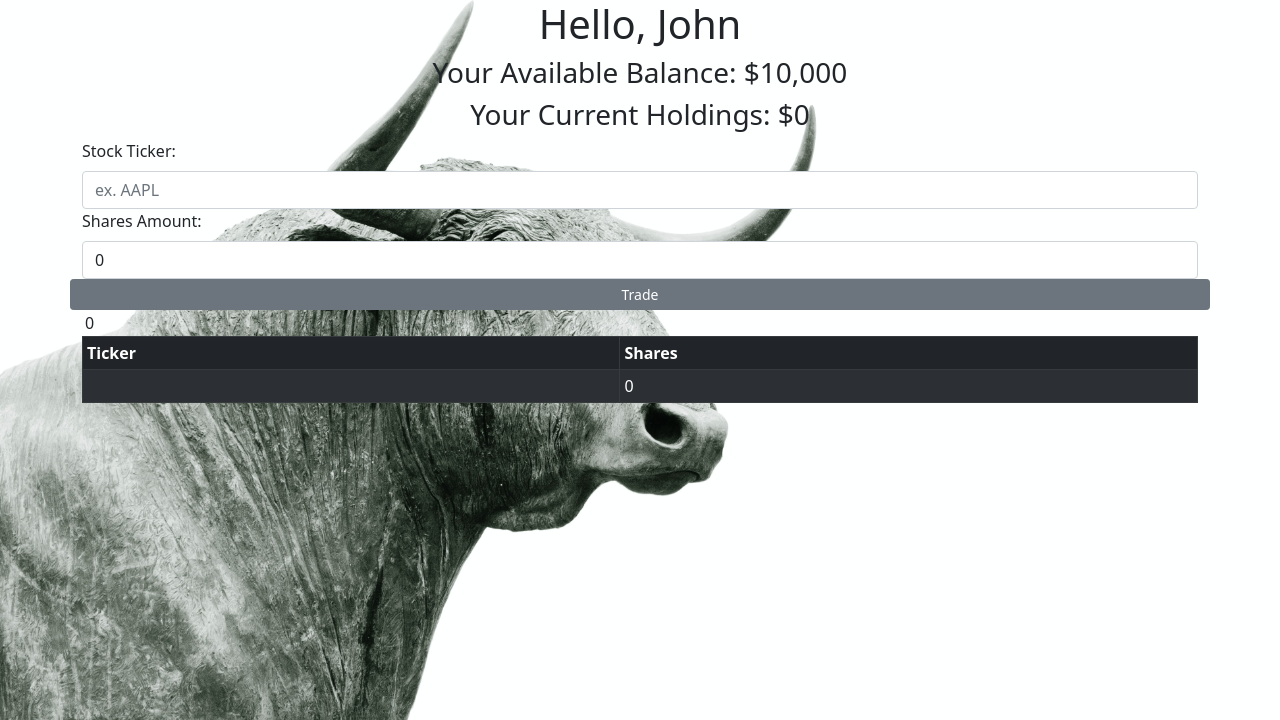
Repository: jmokate/stock-trading-app
Page: /, after clicking the first element matching `button.btn`
An editor plug-in stored every save of this project. The page is shown before and after a run of saves, followed by the edit.
The browser window is 1280 px wide. The pictures show the whole page.
The project was rebuilt for these pictures with package versions that can differ from the ones it lists, and the page was loaded fresh each time. Also part of the build but not shown: src/Signup.js, src/Login.js, src/SplashPage.js.

Above is the page before, as saved 2021-09-18 20:47:37.

### src/App.js
import './App.css';
import SplashPage from './SplashPage.js';
import Dashboard from './Dashboard.js'

function App() {
  return (
    <div>
      <Dashboard />
      {/* <SplashPage /> */}
    </div>
  );
}

export default App;

### src/App.css
body {
	background: url("./images/bull.jpg");
	background-position: center center;
	background-repeat: no-repeat;
	background-attachment: fixed;
	background-size: cover;
}

/* .landing-text {
	text-align: center;
	margin-left: 500px;
} */

/* .img-size {
	max-width: 100%;
	max-height: 100%;
} */
/* figcaption {
	position: absolute;
	bottom: 10rem;
	margin: 0 2rem;
} */
.welcome-div {
	padding-top: 20rem;
}

### src/Dashboard.js
import React, {useState} from "react";
import './App.css';
import 'bootstrap/dist/css/bootstrap.min.css';
import {Container, Row, Button, Form, Table} from "react-bootstrap";

function Dashboard() {

  const [userInput, setUserInput] = useState({ticker: "", amount: 0})
  const [buy, setBuy] = useState([])

  const handleUserInput = (event) => {
    const {name, value} = event.target;
    setUserInput(prevInputData => ({...prevInputData, [name]: value}))
  }
  const buyStock = (event) => {
    event.preventDefault();
    setBuy(prevBuy => [...prevBuy, userInput])}

    const stocks = buy.map(stock => <tr>
      <td>{stock.ticker}</td>
      <td>{stock.amount}</td>
    </tr>  )

  //click Buy button
  //enter ticker name
  //hit enter
  //stock appears below


  return (
    <Container className="user-info">
      <Row>
        <h1 className="text-center">Hello, John</h1>
        <h3 className="text-center">Your Available Balance: $10,000</h3>
        <h3 className="text-center">Your Current Holdings: $0</h3>
        <Form.Group onSubmit={buyStock}>
          <Form.Label>
            Stock Ticker:
          </Form.Label>
          <Form.Control type="text" placeholder="ex. AAPL" name="ticker" value={userInput.ticker} onChange={handleUserInput}></Form.Control>
          <Form.Label>
            Shares Amount:
          </Form.Label>
          <Form.Control type="number" placeholder="ex. 1" name="amount" value={userInput.amount} onChange={handleUserInput}></Form.Control>
        </Form.Group>
      </Row>
      <Row>
        <Button variant="secondary" size="sm" onClick={buyStock}>Trade</Button>
      </Row>
      {stocks}
      <Table striped bordered hover size="sm" variant="dark">
      <thead>
        <tr>
          <th>Ticker</th>
          <th>Shares</th>
        </tr>
      </thead>
      <tbody>
        {stocks}
      </tbody>
    </Table>

    </Container>
  )
}

export default Dashboard;

Loaded but not shown: public/index.html (common file); src/index.js (common file); src/index.css (common file); src/reportWebVitals.js (common file)

After the next 2 saves:
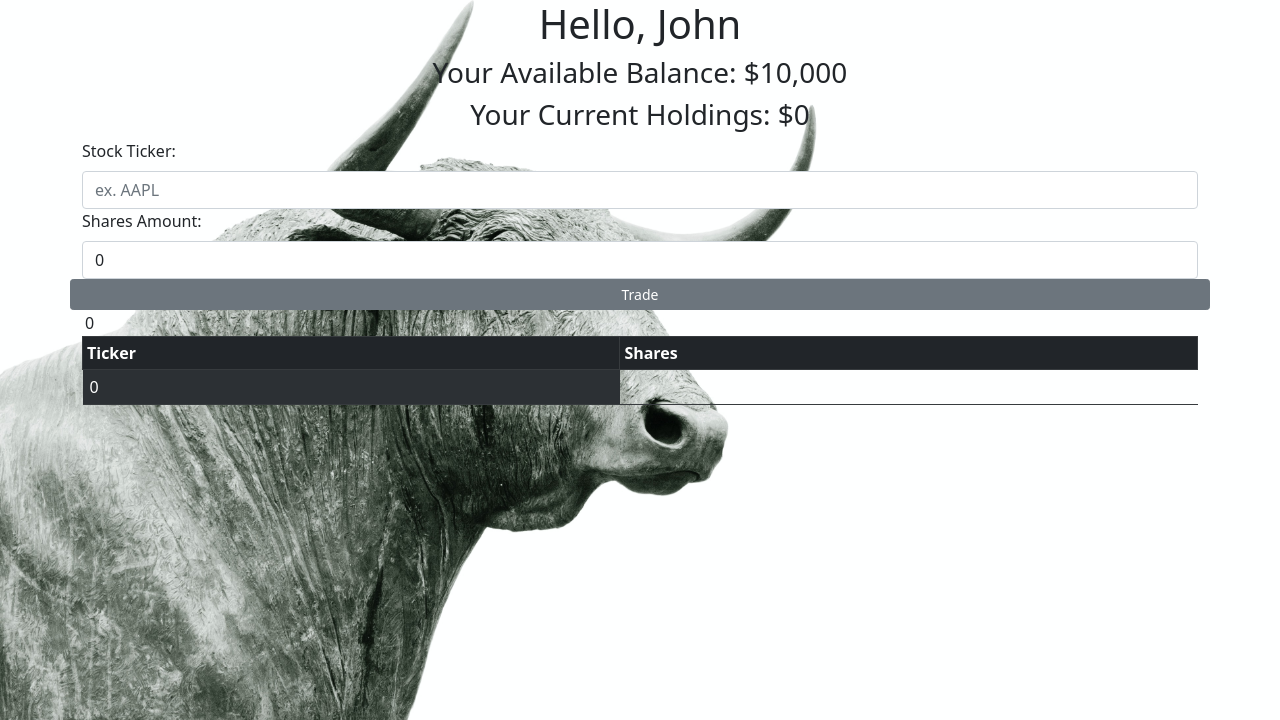
The 2 saves are shown as one change because 1 did not build or start.
The last was saved 92 s later.
--- a/src/Dashboard.js
+++ b/src/Dashboard.js
@@ -16,10 +16,10 @@
     event.preventDefault();
     setBuy(prevBuy => [...prevBuy, userInput])}
 
-    const stocks = buy.map(stock => <tr>
-      <td>{stock.ticker}</td>
-      <td>{stock.amount}</td>
-    </tr>  )
+    const stocks = buy.map(stock =>
+      <div><td>{stock.ticker}</td>
+      <td>{stock.amount}</td></div>
+      )
 
   //click Buy button
   //enter ticker name
@@ -56,7 +56,9 @@
         </tr>
       </thead>
       <tbody>
+        <tr>
         {stocks}
+        </tr>
       </tbody>
     </Table>
 
